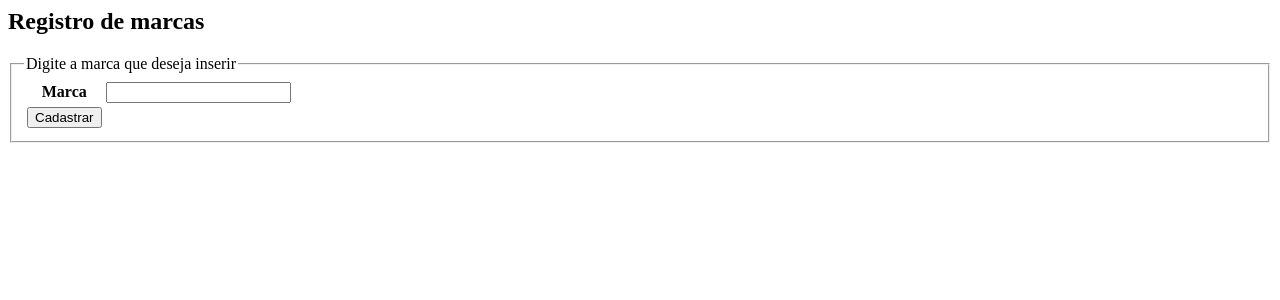
Repository: alysonrode/ProjetoTrilhaWeb
Page: ProjetoTrilhaWeb/WebContent/pages/admin/brands/index.html
These files come from the project's save history. The page is drawn as it stood at one moment and after the next save; the edit follows.
The browser window is 1280 px wide. The pictures show the whole page.

Above is the page before, as saved 2019-10-30 00:28:45.

### ProjetoTrilhaWeb/WebContent/pages/admin/brands/index.html
<h2>Registro de marcas</h2>
<form name="frmInserirMarcas" id="inserirMarcas" class="frmInserir">
    <fieldset>
        <legend>Digite a marca que deseja inserir</legend>

        <table>

			<tr>
            <th> Marca </th>
            <td>
                <input type="text" name="marca">
            </td>
            </tr>
            <tr>
            <td>
            	<button type="button"> Cadastrar </button>
            </td>
            </tr>


        </table>

    </fieldset>
</form>

After the next save:
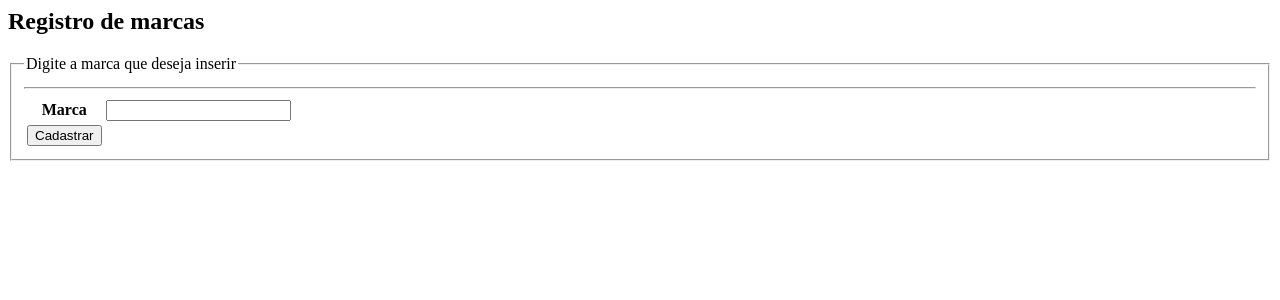
Saved 20 min 20 s later.
--- a/ProjetoTrilhaWeb/WebContent/pages/admin/brands/index.html
+++ b/ProjetoTrilhaWeb/WebContent/pages/admin/brands/index.html
@@ -12,8 +12,9 @@
             </td>
             </tr>
             <tr>
+            <hr>
             <td>
-            	<button type="button"> Cadastrar </button>
+            	<button type="button" class=""> Cadastrar </button>
             </td>
             </tr>
 

After the save that followed:
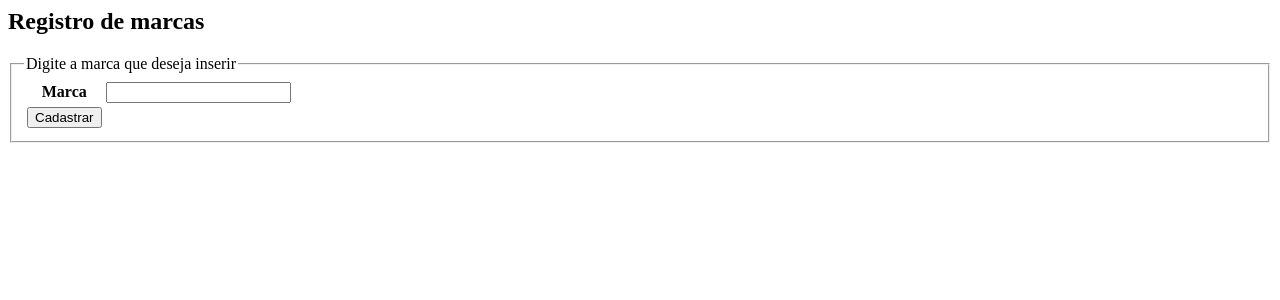
Saved 21 s later.
--- a/ProjetoTrilhaWeb/WebContent/pages/admin/brands/index.html
+++ b/ProjetoTrilhaWeb/WebContent/pages/admin/brands/index.html
@@ -12,7 +12,6 @@
             </td>
             </tr>
             <tr>
-            <hr>
             <td>
             	<button type="button" class=""> Cadastrar </button>
             </td>
